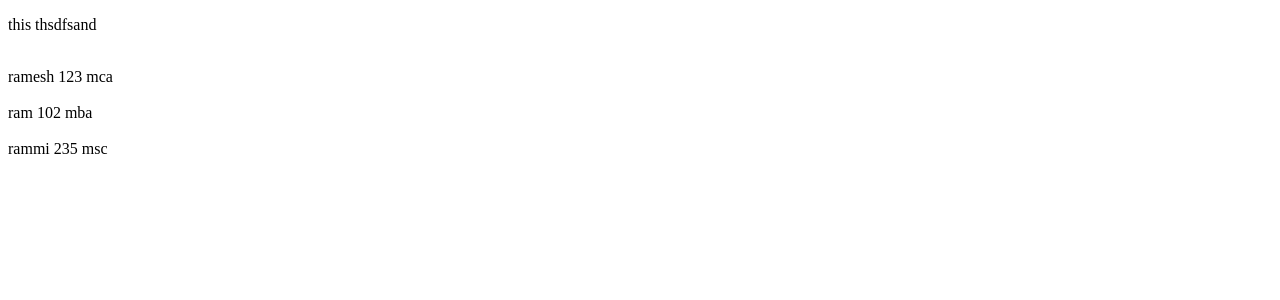
Repository: RameshMamidipelly/springMvc
Page: http://localhost/Demo/listj
An editor plug-in stored every save of this project. The page is shown before and after the next save, followed by the edit.
The browser window is 1280 px wide. The pictures show the whole page.
The page is served by Tomcat 9.

Above is the page before, as saved 2020-03-04 18:35:33.

After the next save:
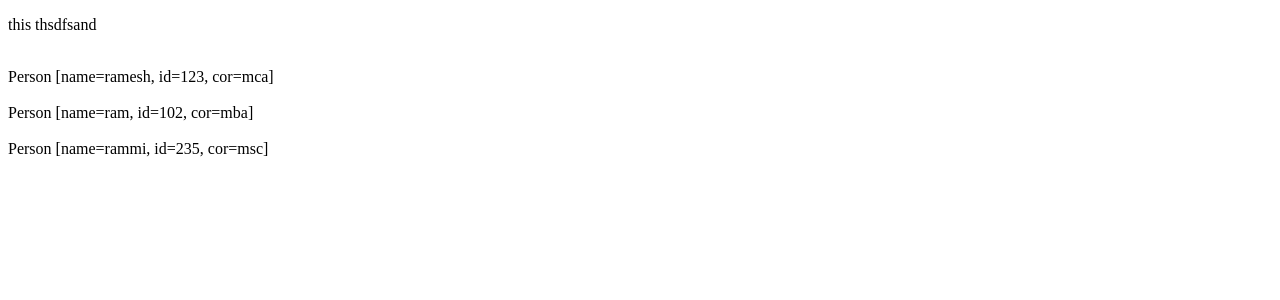
Saved 35 s later.
--- a/Demo/src/main/webapp/WEB-INF/jsp/listj.jsp
+++ b/Demo/src/main/webapp/WEB-INF/jsp/listj.jsp
@@ -13,9 +13,7 @@
 <p>this thsdfsand</p>
 <c:forEach var="ls" items="${person}" >
 <br/>
-${ls.name}
-${ls.id}
-${ls.cor}
+${ls}
 <br/>
 </c:forEach>
 </body>
